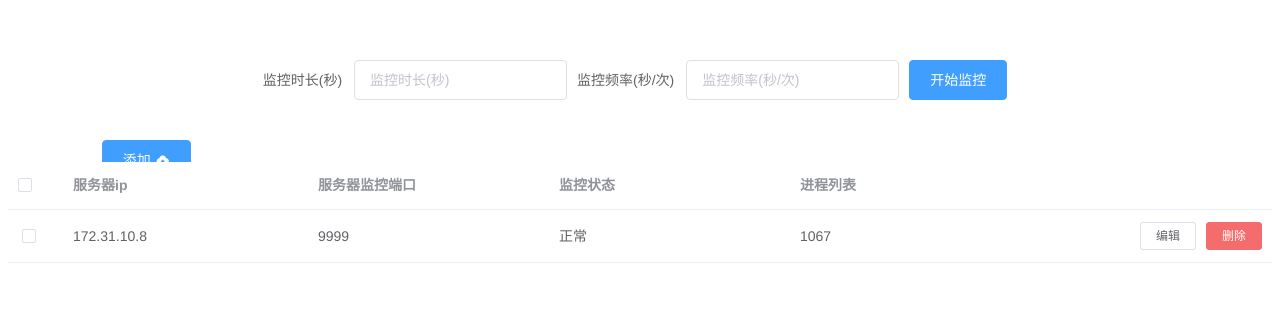
Repository: jiuceng1/monitor
Page: /#/show (app in nmonvue/)
These files come from the project's save history. The page is drawn as it stood at one moment and after the next save; the edit follows.
The browser window is 1280 px wide. The pictures show the whole page.
The project was rebuilt for these pictures with package versions that can differ from the ones it lists, and the page was loaded fresh each time. Also part of the build but not shown: nmonvue/src/components/HelloWorld.vue.

Above is the page before, as saved 2022-01-13 17:06:03.

### nmonvue/index.html
<!DOCTYPE html>
<html>
  <head>
    <meta charset="utf-8">
    <meta name="viewport" content="width=device-width,initial-scale=1.0">
    <title>nmonvue</title>
  </head>
  <body>
    <div id="app"></div>
    <!-- built files will be auto injected -->
  </body>
</html>

### nmonvue/src/router/index.js
import Vue from 'vue'
import Router from 'vue-router'
import HelloWorld from '@/components/HelloWorld'

Vue.use(Router)

export default new Router({
  routes: [
    {
      path: '/',
      name: 'HelloWorld',
      component: HelloWorld
    },{
      path: '/show',
      name: 'show',
      component:()=>import('@/view/show')
    }
  ]
})

### nmonvue/src/view/show.vue
<template>
    <div>
        <el-form :inline="true" :model="formInline" class="demo-form-inline">
        <el-form-item label="监控时长(秒)">
            <el-input v-model="formInline.duration" placeholder="监控时长(秒)"></el-input>
        </el-form-item>
        <el-form-item label="监控频率(秒/次)">
            <el-input v-model="formInline.frequency" placeholder="监控频率(秒/次)"></el-input>
        </el-form-item>
        <el-form-item>
            <el-button type="primary">开始监控</el-button>
        </el-form-item>
        </el-form>
        <br/>
    <div style="width:150px; height:22px;
              margin-right:0;margin-left:5%; margin-bottom: 0px; margin-top: 0px">
  <el-button type="primary" @click="showEnable=true">添加<i class="el-icon-upload el-icon--right"></i></el-button>
  </div>
    <el-table
    :data="tableData"
     @selection-change="handleSelectionChange">
    style="width: 100%">
    <el-table-column
      type="selection"
      width="55">
    </el-table-column>
    <el-table-column
      label="服务器ip"
      prop="ip">
    </el-table-column>
    <el-table-column
      label="服务器监控端口"
      prop="port">
    </el-table-column>
    <el-table-column
      label="监控状态"
      prop="state">
    </el-table-column>
    <el-table-column
      label="进程列表"
      prop="processList">
    </el-table-column>
    <el-table-column
      align="right">
      <template slot-scope="scope">
        <el-button
          size="mini"
          @click="handleEdit(scope.$index, scope.row)">编辑</el-button>
        <el-button
          size="mini"
          type="danger"
          @click="handleDelete(scope.$index, scope.row)">删除</el-button>
      </template>
    </el-table-column>
  </el-table>
  <br/>
  <el-dialog title="添加服务器" :visible.sync="showEnable">
  <el-form :model="form">
    <el-form-item label="服务器ip" :label-width="formLabelWidth">
      <el-input v-model="form.ip" autocomplete="off"></el-input>
    </el-form-item>
    <el-form-item label="服务器账号" :label-width="formLabelWidth">
      <el-input v-model="form.account" autocomplete="off"></el-input>
    </el-form-item>
    <el-form-item label="服务器密码" :label-width="formLabelWidth">
      <el-input v-model="form.password" autocomplete="off"></el-input>
    </el-form-item>
    <el-form-item label="监控端口" :label-width="formLabelWidth">
      <el-input v-model="form.port" autocomplete="off"></el-input>
    </el-form-item>
    <el-form-item label="监控进程列表" :label-width="formLabelWidth">
      <el-input v-model="form.processList" autocomplete="off"></el-input>
    </el-form-item>
  </el-form>
  <div slot="footer" class="dialog-footer">
    <el-button @click="showEnable = false">取 消</el-button>
    <el-button type="primary" @click="update()">确 定</el-button>
  </div>
</el-dialog>
</div>
</template>

<script>
import axios from 'axios'
  export default {
    data() {
      return {
          formInline: {
          duration: '',
          frequency: ''
        },
        showEnable: false,
        tableData: [{
          ip: '172.31.10.8',
          port: '9999',
          state: '正常',
          processList: '1067'
        }],
        search: '',
        form: {
          ip: '',
          account: '',
          password: '',
          port: '',
          processList: '',
        },
        formLabelWidth: '120px'
      }
    },
    methods: {
      handleEdit(index, row) {
        this.form=row
        this.showEnable=true
      },
      handleDelete(index) {
        this.tableData.splice(index,1)
      },
       handleSelectionChange(val) {
        this.multipleSelection = val;
      },
      update(){
        axios({
            url : 'http://127.0.0.1:8000/api/testapi/',
            method : 'post',
            data : this.form,
        }).then((response)=>{
            console.log(response.data)
            if(response.data=='True'){
                this.tableData.push({
                ip: this.form.ip,
                port: this.form.port,
                state: '正常',
                processList: this.form.processList
                })
            }
        })
        this.showEnable=false
      }
    },
  }
</script>

Loaded but not shown: nmonvue/src/main.js (common file); nmonvue/src/App.vue (common file)

After the next save:
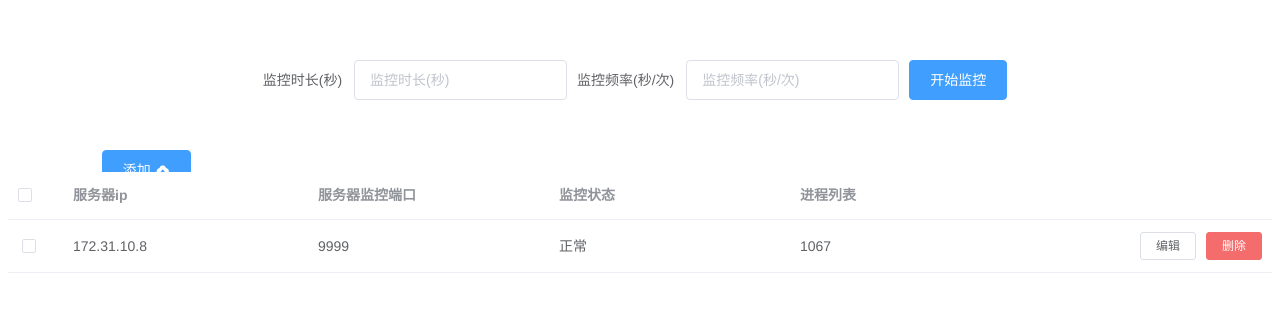
Saved 8 s later.
--- a/nmonvue/src/view/show.vue
+++ b/nmonvue/src/view/show.vue
@@ -13,7 +13,7 @@
         </el-form>
         <br/>
     <div style="width:150px; height:22px;
-              margin-right:0;margin-left:5%; margin-bottom: 0px; margin-top: 0px">
+              margin-right:0;margin-left:5%; margin-bottom: 0px; margin-top: 10px">
   <el-button type="primary" @click="showEnable=true">添加<i class="el-icon-upload el-icon--right"></i></el-button>
   </div>
     <el-table
